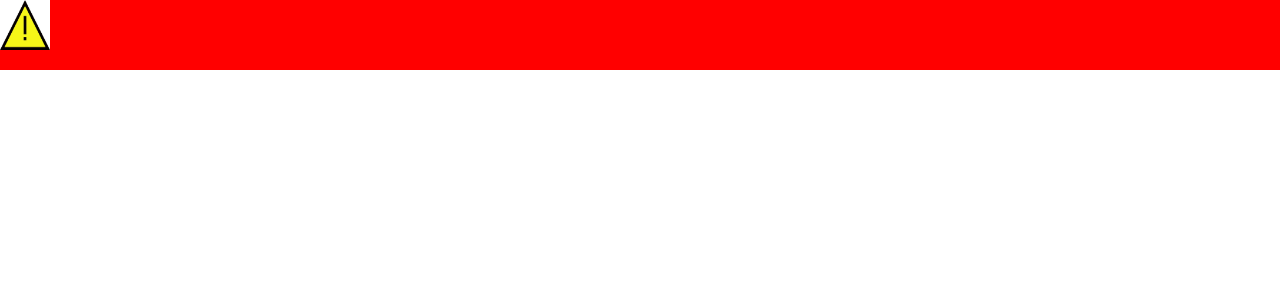
Repository: leehyeonung/myproject
Page: http://localhost/myproject/
The author's editor kept a copy of each file at every save. The page is drawn from the files as they stood at one save, then again after the next save.
The browser window is 1280 px wide. The pictures show the whole page.
The page is served by Tomcat 9.

Above is the page before, as saved 2023-03-15 10:45:00.

### myproject/src/main/webapp/index.jsp
<%@ page language="java" contentType="text/html; charset=EUC-KR"
    pageEncoding="EUC-KR"%>
<!DOCTYPE html>
<html>
<head>
<meta charset="EUC-KR">
<title>index</title>
</head>
<body>
<jsp:include page="header.jsp"></jsp:include>
<section>

</section>
<jsp:include page="footer.jsp"></jsp:include>
</body>
</html>

### myproject/src/main/webapp/header.jsp
<%@ page language="java" contentType="text/html; charset=EUC-KR"
    pageEncoding="EUC-KR"%>
<!DOCTYPE html>
<html>
<head>
<meta charset="EUC-KR">
<title>header</title>
<link rel="stylesheet" type="text/css" href="/resources/css/header.css">
</head>
<body>

<div class="ad">
<img alt="" src="/resources/image/warning2.jpg">
</div>

<header>
</header>

<nav>
</nav>



</body>
</html>

### myproject/src/main/webapp/footer.jsp
<%@ page language="java" contentType="text/html; charset=EUC-KR"
    pageEncoding="EUC-KR"%>
<!DOCTYPE html>
<html>
<head>
<meta charset="EUC-KR">
<title>footer</title>
</head>
<body>

</body>
</html>

### myproject/src/main/webapp/resources/css/header.css
*{
	position: fixed;
	width:60%;
	left:20%;
}

.ad img{
	left:0px;
	width:50px;
	height: 50px;
}

.ad{
	left:0px;
	width:100%;
	top:0px;
	height:70px;
	background-color: red;
}
header{

}

nav{

}

After the next save:
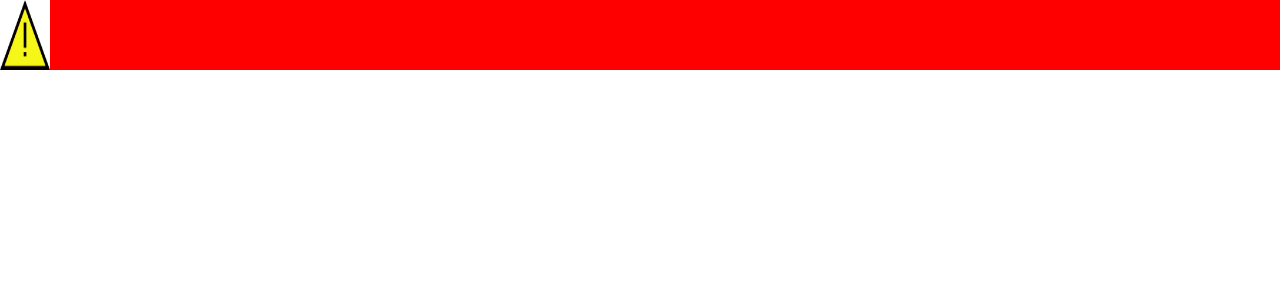
Saved 12 s later.
--- a/myproject/src/main/webapp/resources/css/header.css
+++ b/myproject/src/main/webapp/resources/css/header.css
@@ -7,7 +7,7 @@
 .ad img{
 	left:0px;
 	width:50px;
-	height: 50px;
+	height: 70px;
 }
 
 .ad{
